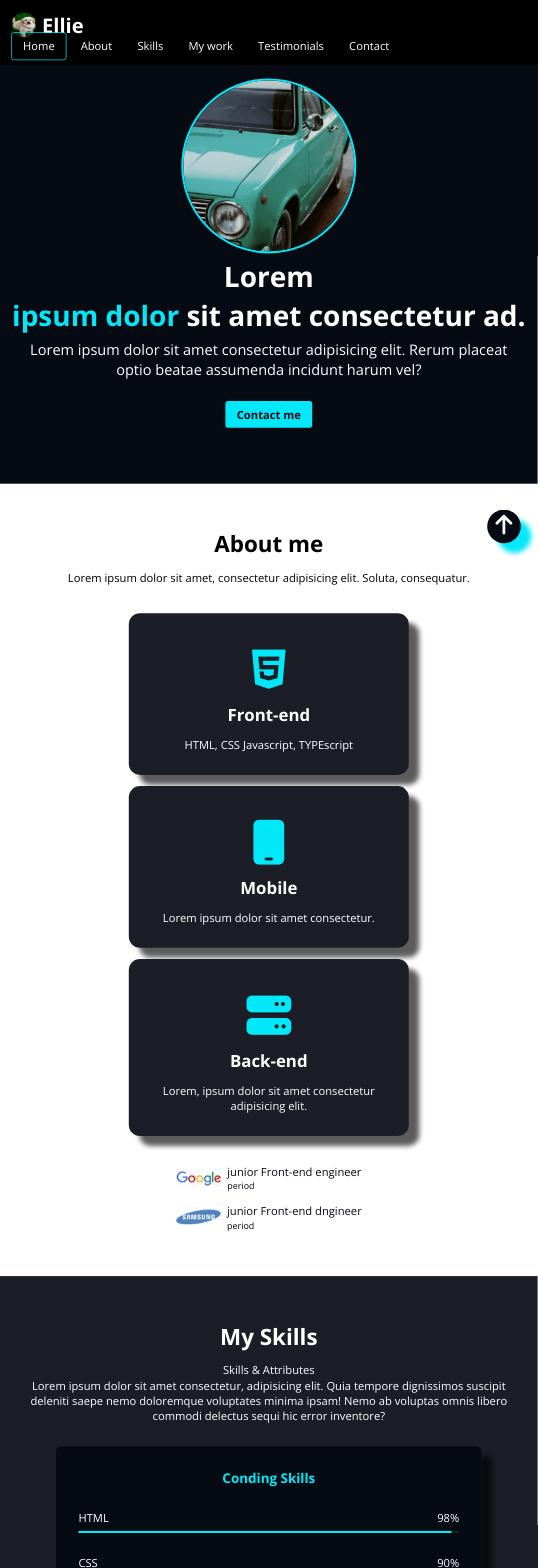
Repository: Arden-Sol/portfolio-website-clone-coding
Page: index.html
These files come from the project's save history. The page is drawn as it stood at one moment and after the next save; the edit follows.
The browser window is 768 px wide. The pictures show the part of the page from y = 0 to 2240 px (the page is 6133 px tall), at 70% of full size.
Some web libraries are served in a nearby version.

Above is the page before, as saved 2024-03-27 02:39:54.

After the next save:
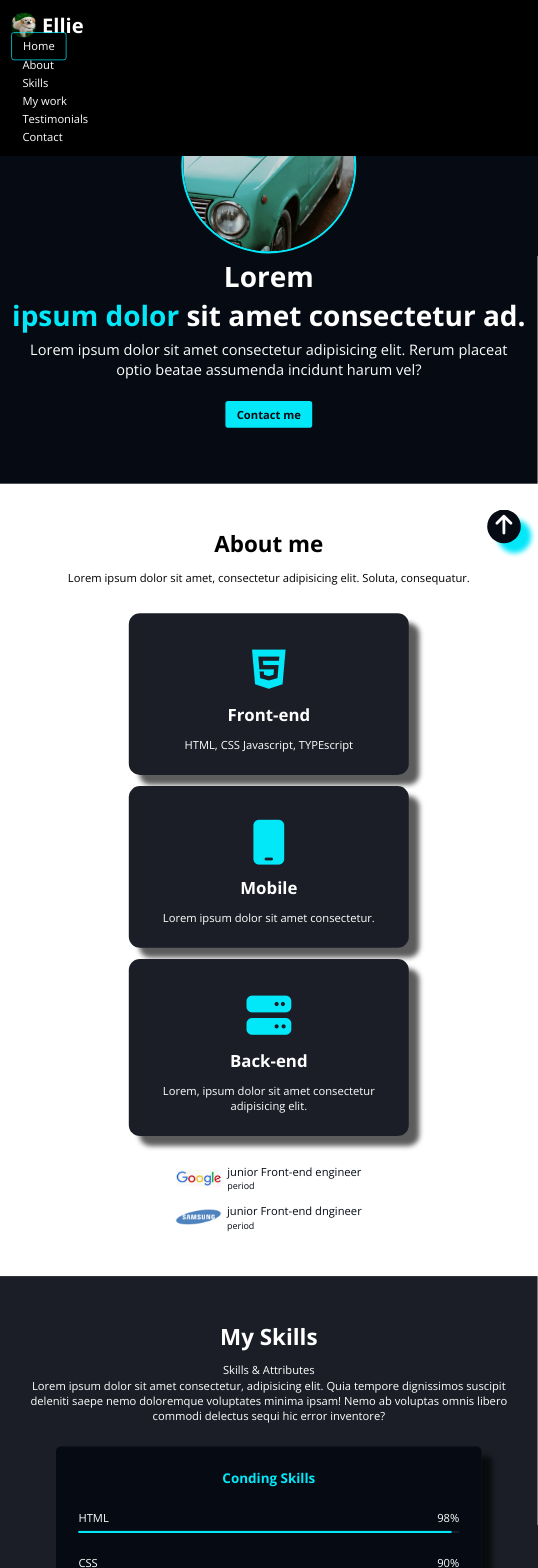
Saved 25 s later.
--- a/css/style.css
+++ b/css/style.css
@@ -416,6 +416,9 @@
   flex-direction: column;
   align-items: start;
 }
+.header__menu{
+  flex-direction: column;
+}
 #home{
   padding-bottom: 3rem;
 }
